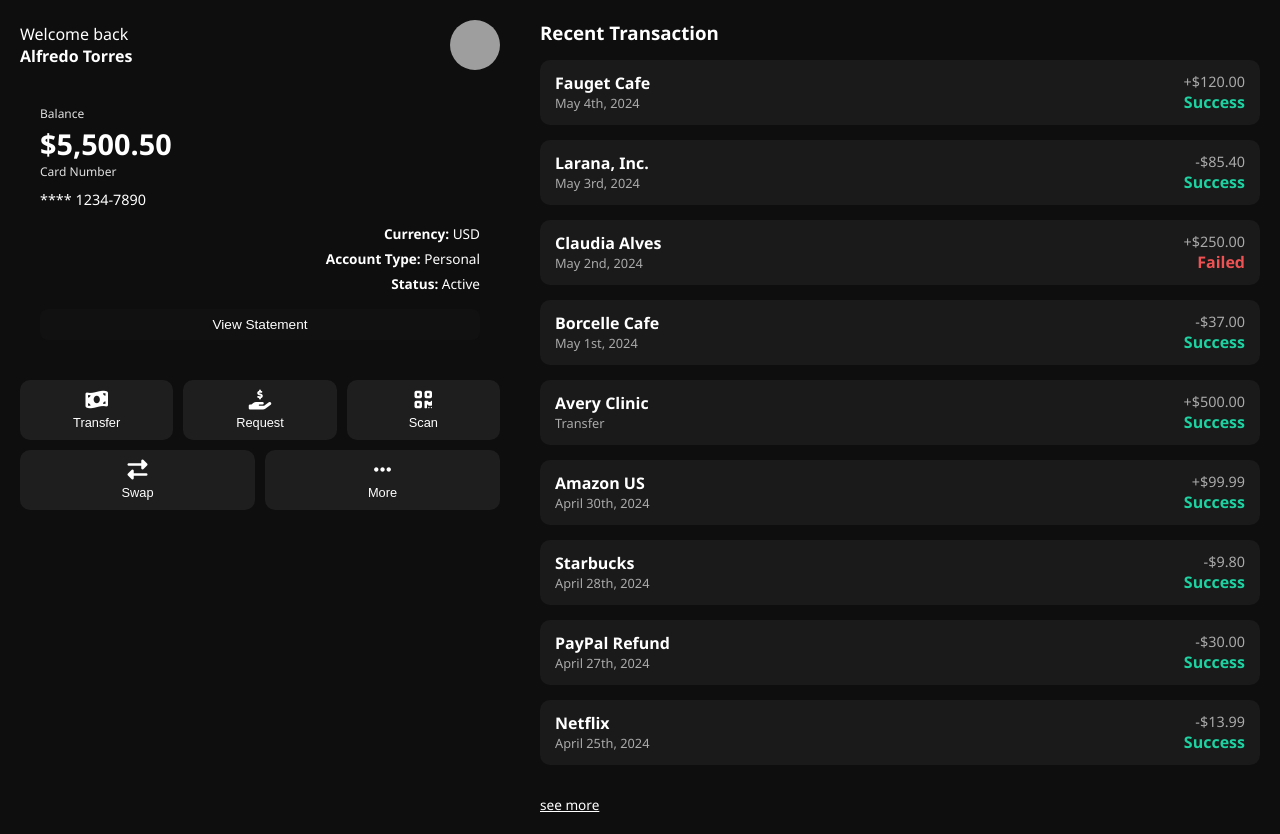
Repository: trenzyfx1/Wells-fargo-bank
Page: homepage.html
An editor plug-in stored every save of this project. The page is shown before and after the next save, followed by the edit.
The browser window is 1280 px wide. The pictures show the whole page.
Pictures or frames that could not be fetched are drawn as grey boxes. Some web libraries are served in a nearby version.

Above is the page before, as saved 2025-06-19 19:24:38.

### homepage.html
<!DOCTYPE html>
<html lang="en">

<head>
    <meta charset="UTF-8" />
    <meta name="viewport" content="width=device-width, initial-scale=1.0" />
    <title>Dashboard</title>
    <link rel="stylesheet" href="./CSS/homepage.css">
    <link rel="stylesheet" href="./CSS/all.min.css">
    <script src="https://kit.fontawesome.com/a2e8f1a1b0.js" crossorigin="anonymous"></script>
</head>

<body>
    <div class="dashboard">

        <div class="right-panel">
            <div class="profile">
                <p>Welcome back<br><strong>Alfredo Torres</strong></p>
                <img src="profile.jpg" alt="User" />
            </div>

            <div class="balance-card">
                <div class="card-top">
                    <p class="label">Balance</p>
                    <p class="balance">$5,500.50</p>

                    <p class="label">Card Number</p>
                    <p class="card-info">**** 1234-7890</p>
                </div>

                <div class="card-extra">
                    <p><strong>Currency:</strong> USD</p>
                    <p><strong>Account Type:</strong> Personal</p>
                    <p><strong>Status:</strong> Active</p>
                    <button class="statement-btn">View Statement</button>
                </div>
            </div>

            <div class="actions">
                <button><i class="fas fa-money-bill-wave"></i><span>Transfer</span></button>
                <button><i class="fas fa-hand-holding-usd"></i><span>Request</span></button>
                <button><i class="fas fa-qrcode"></i><span>Scan</span></button>
                <button><i class="fas fa-exchange-alt"></i><span>Swap</span></button>
                <button><i class="fas fa-ellipsis-h"></i><span>More</span></button>
            </div>
        </div>


        <!-- LEFT -->
        <div class="left-panel">
            <div class="transactions">
                <h3>Recent Transaction</h3>

                <!-- TRANSACTION LIST -->
                <div class="transaction">
                    <div>
                        <strong>Fauget Cafe</strong>
                        <p>May 4th, 2024</p>
                    </div>
                    <div class="right-detail">
                        <p>+$120.00</p>
                        <span class="success">Success</span>
                    </div>
                </div>

                <div class="transaction">
                    <div>
                        <strong>Larana, Inc.</strong>
                        <p>May 3rd, 2024</p>
                    </div>
                    <div class="right-detail">
                        <p>-$85.40</p>
                        <span class="success">Success</span>
                    </div>
                </div>

                <div class="transaction">
                    <div>
                        <strong>Claudia Alves</strong>
                        <p>May 2nd, 2024</p>
                    </div>
                    <div class="right-detail">
                        <p>+$250.00</p>
                        <span class="failed">Failed</span>
                    </div>
                </div>

                <div class="transaction">
                    <div>
                        <strong>Borcelle Cafe</strong>
                        <p>May 1st, 2024</p>
                    </div>
                    <div class="right-detail">
                        <p>-$37.00</p>
                        <span class="success">Success</span>
                    </div>
                </div>

                <div class="transaction">
                    <div>
                        <strong>Avery Clinic</strong>
                        <p>Transfer</p>
                    </div>
                    <div class="right-detail">
                        <p>+$500.00</p>
                        <span class="success">Success</span>
                    </div>
                </div>

                <div class="transaction">
                    <div>
                        <strong>Amazon US</strong>
                        <p>April 30th, 2024</p>
                    </div>
                    <div class="right-detail">
                        <p>+$99.99</p>
                        <span class="success">Success</span>
                    </div>
                </div>

                <div class="transaction">
                    <div>
                        <strong>Starbucks</strong>
                        <p>April 28th, 2024</p>
                    </div>
                    <div class="right-detail">
                        <p>-$9.80</p>
                        <span class="success">Success</span>
                    </div>
                </div>

                <div class="transaction">
                    <div>
                        <strong>PayPal Refund</strong>
                        <p>April 27th, 2024</p>
                    </div>
                    <div class="right-detail">
                        <p>-$30.00</p>
                        <span class="success">Success</span>
                    </div>
                </div>

                <div class="transaction">
                    <div>
                        <strong>Netflix</strong>
                        <p>April 25th, 2024</p>
                    </div>
                    <div class="right-detail">
                        <p>-$13.99</p>
                        <span class="success">Success</span>
                    </div>
                </div>

                <a class="see-more" href="#">see more</a>
            </div>
        </div>
    </div>

</body>

</html>

### CSS/homepage.css
* {
    margin: 0;
    padding: 0;
    box-sizing: border-box;
}

body {
    font-family: 'Segoe UI', sans-serif;
    background: #0e0e0e;
    color: white;
}

.dashboard {
    display: flex;
    flex-direction: column;
    gap: 20px;
    padding: 20px;
}

.profile {
    display: flex;
    justify-content: space-between;
    align-items: center;
}

.profile img {
    width: 50px;
    height: 50px;
    border-radius: 50%;
}

.balance-card {
    background: linear-gradient(135deg, , #10ac84);
    padding: 20px;
    border-radius: 15px;
    color: #fff;
    margin-top: 15px;
}

.balance-card .balance {
    font-size: 1.8rem;
    font-weight: bold;
}

.card-info {
    margin: 10px 0;
    font-size: 0.9rem;
}

.actions {
    display: flex;
    flex-wrap: wrap;
    gap: 10px;
    margin-top: 20px;
}

.actions button {
    background: #1e1e1e;
    border: none;
    color: #fff;
    padding: 10px;
    border-radius: 10px;
    flex: 1 1 28%;
    display: flex;
    flex-direction: column;
    align-items: center;
    font-size: 0.8rem;
    gap: 5px;
    cursor: pointer;
}

.actions button i {
    font-size: 20px;
}

.search-bar {
    display: flex;
    margin-bottom: 20px;
}

.search-bar input {
    flex: 1;
    padding: 10px;
    border: none;
    border-radius: 10px 0 0 10px;
    background: #1e1e1e;
    color: white;
}

.search-bar button {
    background: #1e1e1e;
    border: none;
    color: white;
    padding: 10px;
    border-radius: 0 10px 10px 0;
    cursor: pointer;
}

.transactions {
    display: flex;
    flex-direction: column;
    gap: 15px;
}

.transaction {
    background: #1a1a1a;
    padding: 10px 15px;
    border-radius: 10px;
    display: flex;
    justify-content: space-between;
    align-items: center;
}

.transaction p {
    font-size: 0.8rem;
    color: #aaa;
}

.success {
    color: #1dd1a1;
    font-weight: bold;
}

.failed {
    color: #ee5253;
    font-weight: bold;
}

/* Add inside existing CSS */

.transaction {
    background: #1a1a1a;
    padding: 12px 15px;
    border-radius: 10px;
    display: flex;
    justify-content: space-between;
    align-items: flex-start;
}

.right-detail {
    text-align: right;
}

.right-detail p {
    margin: 0;
    font-size: 0.9rem;
}

.see-more {
    margin-top: 15px;
    display: inline-block;
    color: white;
    font-size: 0.85rem;
    text-decoration: underline;
}

.label {
    font-size: 0.75rem;
    color: #e0e0e0;
    margin-bottom: 2px;
}

.card-top {
    margin-bottom: 15px;
    text-align: left;
}

.card-extra {
    display: flex;
    flex-direction: column;
    gap: 6px;
    text-align: right;
    font-size: 0.85rem;
}

.statement-btn {
    margin-top: 10px;
    padding: 8px;
    background: #111;
    border: none;
    color: white;
    border-radius: 8px;
    cursor: pointer;
    font-size: 0.85rem;
}


/* Desktop Layout */
@media (min-width: 768px) {
    .dashboard {
        flex-direction: row;
        align-items: flex-start;
        gap: 40px;
    }

    .left-panel {
        flex: 1.5;
    }

    .right-panel {
        flex: 1;
        position: sticky;
        top: 20px;
    }
}

Loaded but not shown: CSS/all.min.css (library)

After the next save:
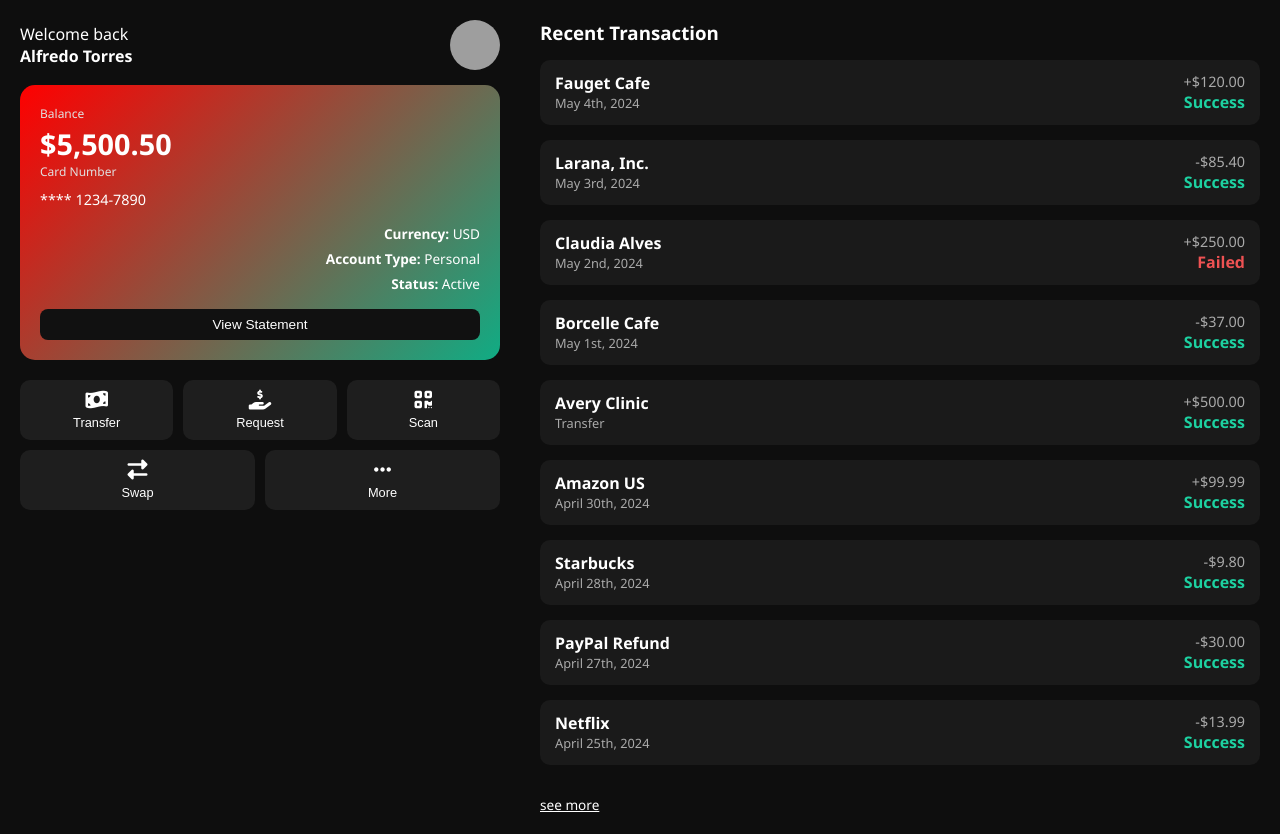
Saved 17 s later.
--- a/CSS/homepage.css
+++ b/CSS/homepage.css
@@ -30,7 +30,7 @@
 }
 
 .balance-card {
-    background: linear-gradient(135deg, , #10ac84);
+    background: linear-gradient(135deg, red, #10ac84);
     padding: 20px;
     border-radius: 15px;
     color: #fff;

After the save that followed:
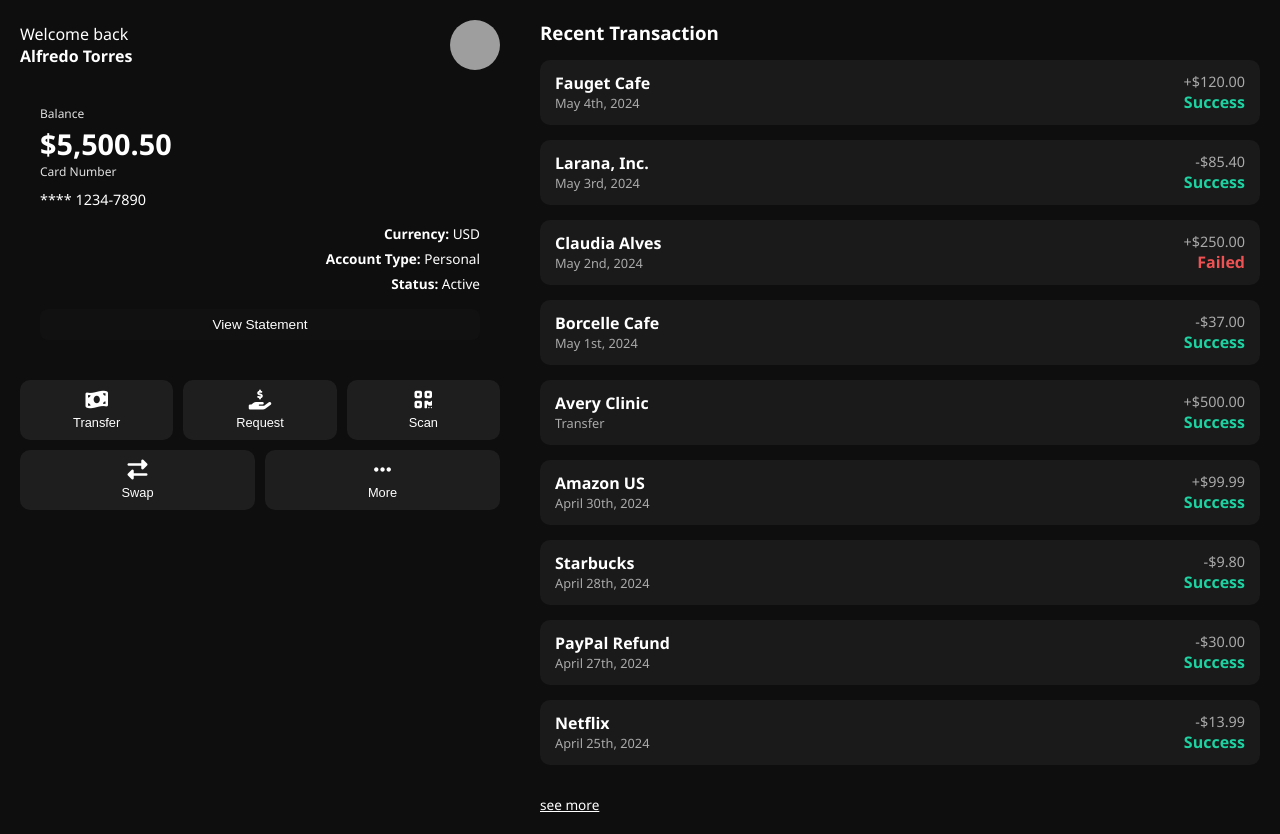
Saved 5 s later.
--- a/CSS/homepage.css
+++ b/CSS/homepage.css
@@ -30,7 +30,7 @@
 }
 
 .balance-card {
-    background: linear-gradient(135deg, red, #10ac84);
+    background: linear-gradient(135deg, red, #1);
     padding: 20px;
     border-radius: 15px;
     color: #fff;
